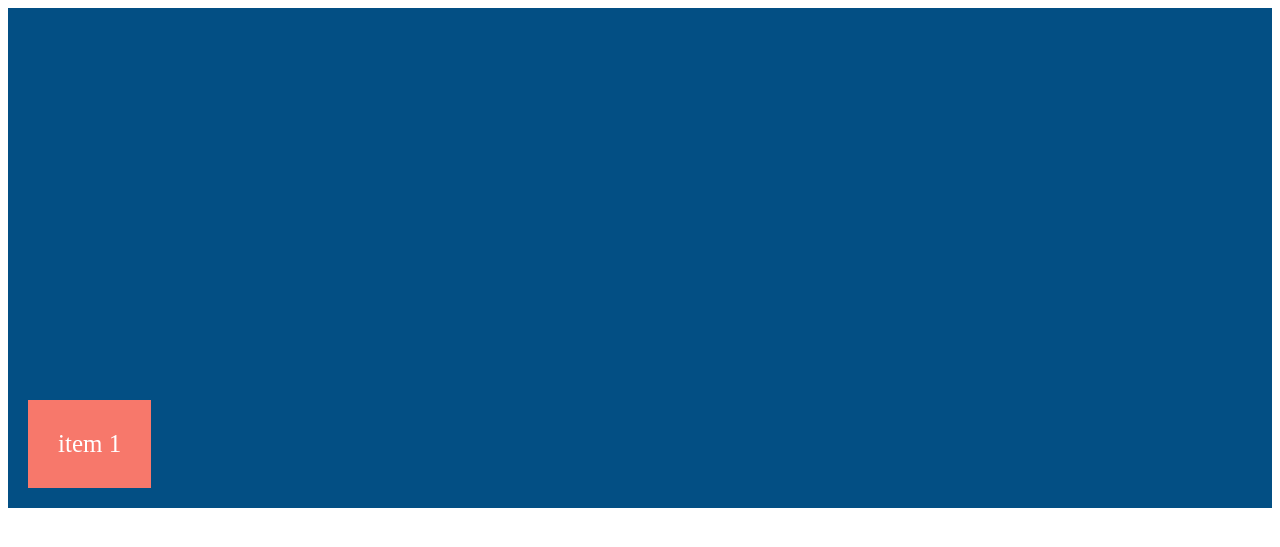
Repository: mehmetbuber38/flex
Page: flex-margin.html
The author's editor kept a copy of each file at every save. The page is drawn from the files as they stood at one save, then again after the next save.
The browser window is 1280 px wide. The pictures show the whole page.

Above is the page before, as saved 2022-01-31 21:33:08.

### flex-margin.html
<!DOCTYPE html>
<html lang="en">

<head>
    <meta charset="UTF-8">
    <meta http-equiv="X-UA-Compatible" content="IE=edge">
    <meta name="viewport" content="width=device-width, initial-scale=1.0">
    <title>Flex Container</title>
</head>
<style>
    .container {
        display: flex;

        height: 500px;
        background-color: #034f84;
        /* align-items: center;
        justify-content: center; */


    }

    .item {
        background-color: #f7786b;
        padding: 30px;
        margin: 20px;
        color: #fff;
        font-size: 25px;
        /* margin: auto; */
        margin-top: auto;
        /* margin-bottom: auto; */
    }
</style>

<body>
    <div class="container">
        <div class="item item-1">item 1</div>
        <!-- <div class="item item-2">item 2</div> -->


    </div>

</body>

</html>

After the next save:
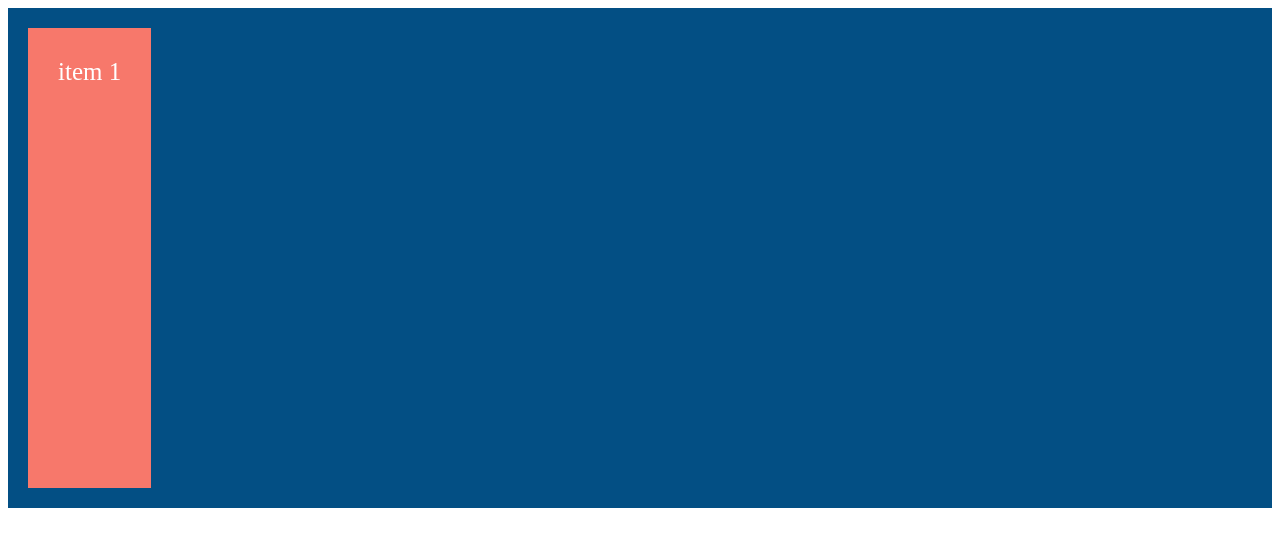
Saved 23 s later.
--- a/flex-margin.html
+++ b/flex-margin.html
@@ -26,8 +26,9 @@
         color: #fff;
         font-size: 25px;
         /* margin: auto; */
-        margin-top: auto;
+        /* margin-top: auto; */
         /* margin-bottom: auto; */
+        margin-right: auto;
     }
 </style>
 
